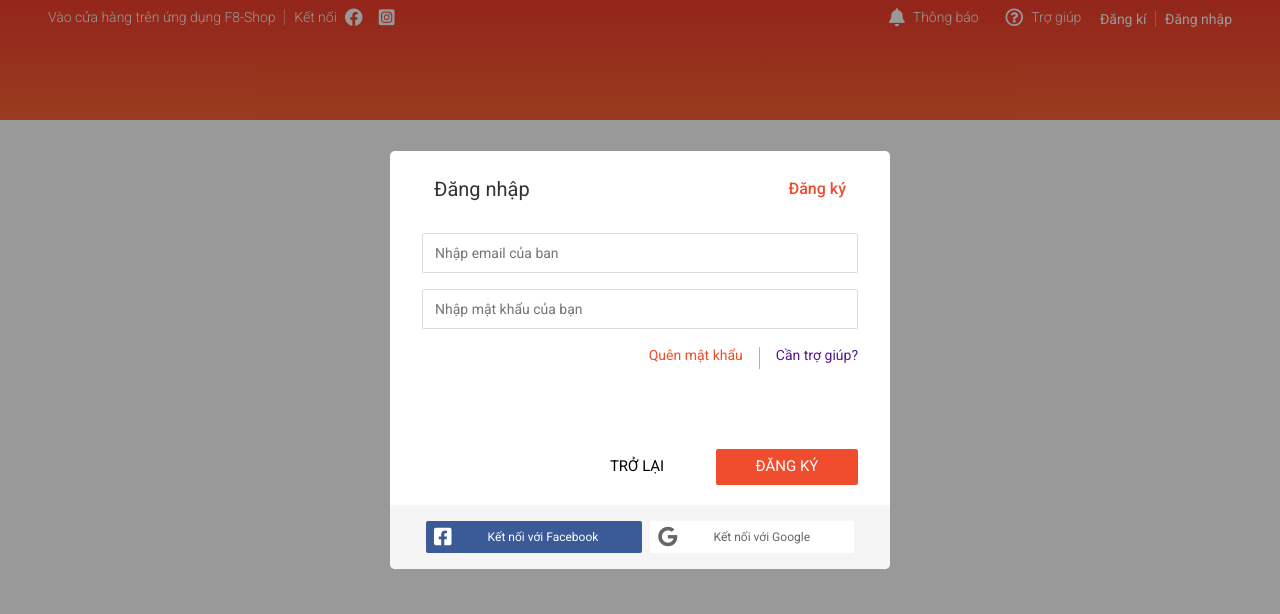
Repository: Phunobita/F8-shop
Page: index.html
An editor plug-in stored every save of this project. The page is shown before and after the next save, followed by the edit.
The browser window is 1280 px wide. The pictures show the whole page.

Above is the page before, as saved 2021-11-24 20:51:01.

### index.html
<!DOCTYPE html>
<html lang="en">

<head>
    <meta charset="UTF-8">
    <meta http-equiv="X-UA-Compatible" content="IE=edge">
    <meta name="viewport" content="width=device-width, initial-scale=1.0">
    <link rel="stylesheet" href="https://cdnjs.cloudflare.com/ajax/libs/normalize/8.0.1/normalize.min.css">
    <link rel="stylesheet" href="./assets/css/main.css">
    <link rel="stylesheet" href="./assets/css/base.css">
    <link rel="stylesheet" href="./assets/fonts/fontawesome-free-5.15.4/css/all.min.css">
    <link href="https://fonts.googleapis.com/css2?family=Roboto:wght@300;400;500;700&display=swap" rel="stylesheet">
    <title>F8_Shop</title>
</head>

<body>
    <div class="app">
        <header class="header">
            <div class="grid">
                <nav class="header_navbar">
                    <ul class="header_navbar-list">
                        <li class="header_navbar-item header_navbar-item--has-qr header_navbar-item-separate">
                            Vào cửa hàng trên ứng dụng
                            F8-Shop

                            <!--Header QR-->
                            <div class="header_qr">
                                <img src="./assets/img/QR Code.png" alt="QR_Code" class="header_qr-img">
                                <div class="header_qr-apps">
                                    <a href="" class="header_qr-link">
                                        <img src="./assets/img/ggplay.png" alt="ggplay" class="header_qr-doawload-img">
                                    </a>
                                    <a href="" class="header_qr-link">
                                        <img src="./assets/img/appstore.png" alt="aapstore"
                                            class="header_qr-doawload-img">
                                    </a>
                                </div>
                            </div>
                        </li>
                        <li class="header_navbar-item">
                            <span class="header_navbar-item-title--no-pointer">Kết
                                nối</span>
                            <a href="" class="header_navbar-icon-link">
                                <i class="header_navbar_icon fab fa-facebook"></i>
                                <a href="" class="header_navbar-icon-link">
                                    <i class="header_navbar_icon fab fa-instagram-square"></i>
                                </a>
                        </li>
                    </ul>

                    <ul class="header_navbar-list">
                        <li class="header_navbar-item header_navbar-item--has-notify">
                            <a href="" class="header_navbar-item-link">
                                <i class="header_navbar_icon fas fa-bell"></i>
                                Thông báo
                            </a>

                            <!--Header Notify-->
                            <div class="header_notify">
                                <header class="header_notify-header">
                                    <h3>Thông báo mới nhận
                                    </h3>
                                </header>
                                <ul class="header_notify-list">
                                    <li class="header_notify-item header_notify-item--viewed">
                                        <a href="" class="header_notify-link">
                                            <img src="https://img.abaha.vn/photos/origin/83-1586781803-myphamohui-lgvina.png"
                                                alt="" class="header_notify-img">
                                            <div class="header_notify-info">
                                                <span class="header_notify-name">Set
                                                    kem mắt
                                                    tái sinh
                                                    Ohui The
                                                    First
                                                    Geniture
                                                    Eye
                                                    Cream
                                                    Edition
                                                    Grand
                                                    Blue</span>
                                                <span class="header_notify-description">The
                                                    First
                                                    Geniture
                                                    Eye
                                                    Cream
                                                    Edition
                                                    Grand
                                                    Blue –
                                                    Biểu
                                                    tượng
                                                    của tình
                                                    yêu vĩnh
                                                    cửu</span>
                                            </div>
                                        </a>
                                    </li>
                                    <li class="header_notify-item ">
                                        <a href="" class="header_notify-link">
                                            <img src="https://img.abaha.vn/photos/origin/83-1586781803-myphamohui-lgvina.png"
                                                alt="" class="header_notify-img">
                                            <div class="header_notify-info">
                                                <span class="header_notify-name">Set
                                                    kem mắt
                                                    tái sinh
                                                    Ohui The
                                                    First
                                                    Geniture
                                                    Eye
                                                    Cream
                                                    Edition
                                                    Grand
                                                    Blue</span>
                                                <span class="header_notify-description">The
                                                    First
                                                    Geniture
                                                    Eye
                                                    Cream
                                                    Edition
                                                    Grand
                                                    Blue –
                                                    Biểu
                                                    tượng
                                                    của tình
                                                    yêu vĩnh
                                                    cửu</span>
                                            </div>
                                        </a>
                                    </li>
                                    <li class="header_notify-item header_notify-item--viewed">
                                        <a href="" class="header_notify-link">
                                            <img src="https://img.abaha.vn/photos/origin/83-1586781803-myphamohui-lgvina.png"
                                                alt="" class="header_notify-img">
                                            <div class="header_notify-info">
                                                <span class="header_notify-name">Set
                                                    kem mắt
                                                    tái sinh
                                                    Ohui The
                                                    First
                                                    Geniture
                                                    Eye
                                                    Cream
                                                    Edition
                                                    Grand
                                                    Blue</span>
                                                <span class="header_notify-description">The
                                                    First
                                                    Geniture
                                                    Eye
                                                    Cream
                                                    Edition
                                                    Grand
                                                    Blue –
                                                    Biểu
                                                    tượng
                                                    của tình
                                                    yêu vĩnh
                                                    cửu</span>
                                            </div>
                                        </a>
                                    </li>
                                </ul>
                                <footer class="header_notify-footer">
                                    <a href="" class="header_notify-footer-btn">Xem
                                        tất cả</a>
                                </footer>
                            </div>
                        </li>
                        <li class="header_navbar-item">
                            <a href="" class="header_navbar-item-link">
                                <i class="header_navbar_icon far fa-question-circle"></i>
                                Trợ giúp</a>
                        </li>
                        <li class="header_navbar-item header_navbar-item--strong header_navbar-item-separate">
                            Đăng kí</li>
                        <li class="header_navbar-item header_navbar-item--strong">
                            Đăng nhập</li>
                    </ul>
                </nav>
            </div>

        </header>

        <!--Container-->
        <div class="container">

        </div>

        <!--Footer-->
        <footer class="footer">

        </footer>
    </div>

    <!--Login and resgister-->
    <div class="modal">
        <div class="modal__overlay"></div>
        <div class="modal__body">
            <!--Resgister form-->
            <!-- <div class="auth-form">
                <div class="auth-form__container">
                    <div class="auth-form__header">
                        <h3 class="auth-form__heading">Đăng ký</h3>
                        <span class="auth-form__switch-btn">Đăng nhập</span>
                    </div>
                    <div class="auth-form__form">
                        <div class="auth-form__group">
                            <input type="text" class="auth-form__input" placeholder="Nhập email của ban">
                        </div>

                        <div class="auth-form__group">
                            <input type="password" class="auth-form__input" placeholder="Nhập mật khẩu của bạn">
                        </div>
                        <div class="auth-form__group">
                            <input type="text" class="auth-form__input" placeholder="Nhập lại mật khẩu của ban">
                        </div>
                    </div>

                    <div class="auth-form__aside">
                        <p class="auth-form__policy-text">
                            Bằng việc đăng kí, bạn đã đồng ý với Shopee về
                            <a href="" class="auth-form__text-link">Điểu khoản và dịch vụ</a> &
                            <a href="" class="auth-form__text-link">Chính sách và bảo mật</a>
                        </p>
                    </div>

                    <div class="auth-form__controls">
                        <button class="btn btn-normal auth-form__controls-back">TRỞ LẠI</button>
                        <button class="btn btn--primary">ĐĂNG KÝ</button>
                    </div>
                </div>

                <div class="auth-form__socials">
                    <a href="" class="auth-form__socials--facebook btn btn-size-s btn--with-icon">
                        <i class="auth-form__socials-icon fab fa-facebook-square"></i>
                        <div class="auth-form__socials-title">
                            Kết nối với Facebook
                        </div>
                    </a>
                    <a href="" class="auth-form__socials--google btn btn-size-s btn--with-icon">
                        <i class="auth-form__socials-icon fab fa-google"></i>
                        <div class="auth-form__socials-title">
                            Kết nối với Google
                        </div>
                    </a>
                </div>

            </div>-->


            <!--Login form-->
            <div class="auth-form">
                <div class="auth-form__container">
                    <div class="auth-form__header">
                        <h3 class="auth-form__heading">Đăng nhập</h3>
                        <span class="auth-form__switch-btn">Đăng ký</span>
                    </div>

                    <div class="auth-form__form">
                        <div class="auth-form__group">
                            <input type="text" class="auth-form__input" placeholder="Nhập email của ban">
                        </div>

                        <div class="auth-form__group">
                            <input type="password" class="auth-form__input" placeholder="Nhập mật khẩu của bạn">
                        </div>
                    </div>

                    <div class="auth-form__aside">
                        <div class="auth-form__help">
                            <a href="" class="auth-form__help-link auth-form__help-forgot">Quên mật khẩu</a>
                            <div class="auth-form__help-sperate"></div>
                            <a href="" class="auth-form__help-link">Cần trợ giúp?</a>
                        </div>
                    </div>

                    <div class="auth-form__controls">
                        <button class="btn btn-normal auth-form__controls-back">TRỞ LẠI</button>
                        <button class="btn btn--primary">ĐĂNG KÝ</button>
                    </div>
                </div>

                <div class="auth-form__socials">
                    <a href="" class="auth-form__socials--facebook btn btn-size-s btn--with-icon">
                        <i class="auth-form__socials-icon fab fa-facebook-square"></i>
                        <div class="auth-form__socials-title">
                            Kết nối với Facebook
                        </div>
                    </a>
                    <a href="" class="auth-form__socials--google btn btn-size-s btn--with-icon">
                        <i class="auth-form__socials-icon fab fa-google"></i>
                        <div class="auth-form__socials-title">
                            Kết nối với Google
                        </div>
                    </a>
                </div>

            </div>

        </div>
    </div>
</body>
</htm

### assets/css/main.css
.header {
  height: 120px;
  background-image: linear-gradient(0, #fe6433, #f53e2d);
}
.header_navbar {
  display: flex;
  justify-content: space-between;
}
.header_navbar-list {
  list-style: none;
  padding-left: 0;
  margin-top: 4px;
}

.header_navbar-item {
  margin: 0 8px;
  position: relative;
  min-height: 26px;
}
.header_navbar-item--has-qr:hover .header_qr {
  display: block;
}
.header_navbar-item--has-notify:hover .header_notify {
  display: block;
}
.header_navbar-item,
.header_navbar-item-link {
  display: inline-block;
  font-size: 1.4rem;
  text-decoration: none;
  color: var(--white-color);
  font-weight: 300;
}

.header_navbar-item,
.header_navbar-item-link,
.header_navbar-icon-link {
  display: inline-flex;
  align-items: center;
}
.header_navbar-item:hover,
.header_navbar-item-link:hover,
.header_navbar-icon-link:hover {
  cursor: pointer;
  color: rgba(255, 255, 255, 0.7);
}
.header_navbar-item--strong {
  font-weight: 400;
}
.header_navbar-item-separate::after {
  content: "";
  display: block;
  position: absolute;
  height: 16px;
  border-left: 1px solid #fd9086;
  right: -9px;
  top: 0;
  top: 50%;
  transform: translateY(-50%);
}

.header_navbar-icon-link {
  color: var(--white-color);
  text-decoration: none;
}

.header_navbar_icon {
  font-size: 1.8rem;
  margin: 0 8px;
}
.header_navbar-item-title--no-pointer {
  cursor: text;
  color: var(--white-color);
}

/*Header QR*/
.header_qr {
  background-color: var(--white-color);
  width: 186px;
  position: absolute;
  left: 0;
  top: 118%;
  padding: 8px;
  border-radius: 2px;
  display: none;
  animation: fadeIn ease-in 0.3s;
}
.header_qr::before {
  content: "";
  position: absolute;
  left: 0;
  top: -16px;
  width: 100%;
  height: 20px;
  display: block;
}
.header_qr-img {
  width: 100%;
}
.header_qr-apps {
  display: flex;
  justify-content: space-between;
}
.header_qr-link:nth-child(1) {
  margin-left: 11px;
}
.header_qr-link:nth-child(2) {
  margin-right: 11px;
}
.header_qr-doawload-img {
  height: 16px;
}

/*Header Notify*/
.header_notify {
  position: absolute;
  top: 118%;
  right: 0;
  width: 404px;
  border: 1px solid #d3d3d3;
  background-color: var(--white-color);
  cursor: text;
  user-select: none;
  transform-origin: calc(100%-20px) top;
  will-change: opacity transform;
  animation: headerNotifyGrow ease-in 0.2s;
  border-radius: 2px;
  display: none;
}
.header_notify::before {
  content: "";
  border-width: 20px 26px;
  border-style: solid;
  border-color: transparent transparent var(--white-color) transparent;
  position: absolute;
  top: -29px;
  right: 4px;
}
.header_notify::after {
  content: "";
  position: absolute;
  display: block;
  width: 90px;
  height: 20px;
  right: 0;
  top: -10px;
}
@keyframes headerNotifyGrow {
  from {
    opacity: 0;
    transform: scale(0);
  }
  to {
    opacity: 1;
    transform: scale(1);
  }
}
.header_notify-header {
  height: 40px;
  background-color: var(--white-color);
}
.header_notify-header h3 {
  color: #999;
  margin: 0 0 0 12px;
  font-weight: 400;
  font-size: 1.4rem;
  line-height: 40px;
}
.header_notify-list {
  padding-left: 0;
}
.header_notify-item {
  display: flex;
}
.header_notify-item:hover {
  background-color: #f7f7f7;
}
.header_notify-item--viewed {
  background-color: rgba(239, 77, 45, 0.08);
}

.header_notify-link {
  display: flex;
  padding: 12px 12px;
  width: 100%;
  text-decoration: none;
}
.header_notify-img {
  width: 48px;
  object-fit: contain;
}
.header_notify-info {
  margin-left: 12px;
}
.header_notify-name {
  display: block;
  line-height: 1.8rem;
  font-size: 1.4rem;
  color: var(--back-color);
  font-weight: 400;
}
.header_notify-description {
  display: block;
  line-height: 1.4rem;
  font-size: 1.2rem;
  color: #756f6e;
  margin-top: 4px;
}

.header_notify-footer {
  display: flex;
}
.header_notify-footer-btn {
  text-decoration: none;
  padding: 8px 48px;
  color: var(--text-color);
  margin: auto;
  font-size: 1.4rem;
  font-weight: 400;
}

/* Form login */
.auth-form {
  width: 500px;
  border-radius: 5px;
  overflow: hidden;
  background-color: var(--white-color);
}

.auth-form__container {
  padding: 0 32px;
}
.auth-form__header {
  display: flex;
  align-items: center;
  justify-content: space-between;
  padding: 0 12px;
  margin-top: 10px;
}
.auth-form__heading {
  font-size: 2rem;
  font-weight: 400;
  color: var(--text-color);
}
.auth-form__switch-btn {
  font-size: 1.6rem;
  color: var(--primary-color);
  font-weight: 500;
  cursor: pointer;
}
.auth-form__form {
}
.auth-form__input {
  height: 40px;
  width: 100%;
  margin-top: 16px;
  padding: 0 12px;
  font-size: 1.4rem;
  border: 1px solid var(--border-color);
  border-radius: 2px;
  outline: none;
}
.auth-form__input:focus {
  border-color: #888;
}
.auth-form__aside {
  margin-top: 18px;
}
.auth-form__policy-text {
  font-size: 1.2rem;
  line-height: 1.8rem;
  text-align: center;
}
.auth-form__text-link {
  color: var(--primary-color);
  text-decoration: none;
}
.auth-form__controls {
  margin-top: 80px;
  display: flex;
  justify-content: flex-end;
}
.auth-form__controls-back {
  margin-right: 8px;
  background-color: var(--white-color);
}
.auth-form__socials {
  background-color: #f5f5f5;
  padding: 16px 36px;
  display: flex;
  justify-content: space-between;
  margin-top: 20px;
}
.auth-form__socials-icon {
  font-size: 2rem;
}
.auth-form__socials--facebook {
  color: var(--white-color);
  background-color: #3a5a98;
}
.auth-form__socials--facebook.auth-form__socials-icon {
  color: var(--white-color);
}
.auth-form__socials-title {
  margin: 0 36px;
}
.auth-form__socials--google {
  color: #666;
  background-color: var(--white-color);
}
.auth-form__help {
  display: flex;
  justify-content: flex-end;
}
.auth-form__help-link {
  font-size: 1.4rem;
  text-decoration: none;
}
.auth-form__help-forgot {
  color: var(--primary-color);
}
.auth-form__help-sperate {
  display: block;
  height: 22px;
  border-left: 1px solid rgb(181, 176, 176);
  margin: 0 16px;
}

### assets/css/base.css
:root {
  --primary-color: #ef4d2d;
  --white-color: #fff;
  --back-color: #000;
  --text-color: #333;
  --border-color: #dbdbdb;
}
* {
  box-sizing: inherit;
}
html {
  /*Hack*/
  font-size: 62.5%;
  line-height: 1.6rem;
  font-family: "Roboto", sans-serif;
  box-sizing: border-box;
}
.grid {
  width: 1200px;
  max-width: 100%;
  margin: 0 auto;
}

.grid_full_width {
  width: 100%;
}

.grid_row {
  display: flex;
  flex-wrap: wrap;
}

/*Animation*/
@keyframes fadeIn {
  from {
    opacity: 0;
  }
  to {
    opacity: 1;
  }
}

/* Modal layout */
.modal {
  position: fixed;
  top: 0;
  right: 0;
  bottom: 0;
  left: 0;
  display: flex;
}
.modal__overlay {
  position: absolute;
  width: 100%;
  height: 100%;
  background-color: rgba(0, 0, 0, 0.4);
}
.modal__body {
  position: relative;
  margin: auto;
  z-index: 1;
}
.modal__inner {
}

.btn {
  min-width: 142px;
  height: 36px;
  text-decoration: none;
  border: none;
  border-radius: 2px;
  font-size: 1.5rem;
  padding: 0 12px;
  outline: none;
  cursor: pointer;
  display: flex;
  align-items: center;
  justify-content: center;
}
.btn.btn-normal:hover {
  background-color: rgba(0, 0, 0, 0.05);
}
.btn-size-s {
  height: 32px;
  font-size: 1.2rem;
  padding: 0 8px;
}
.btn.btn--primary {
  color: var(--white-color);
  background-color: var(--primary-color);
}
.btn.btn--disable {
  color: #949494;
  cursor: default;
  background-color: #999;
}

Loaded but not shown: assets/fonts/fontawesome-free-5.15.4/css/all.min.css (library)

After the next save:
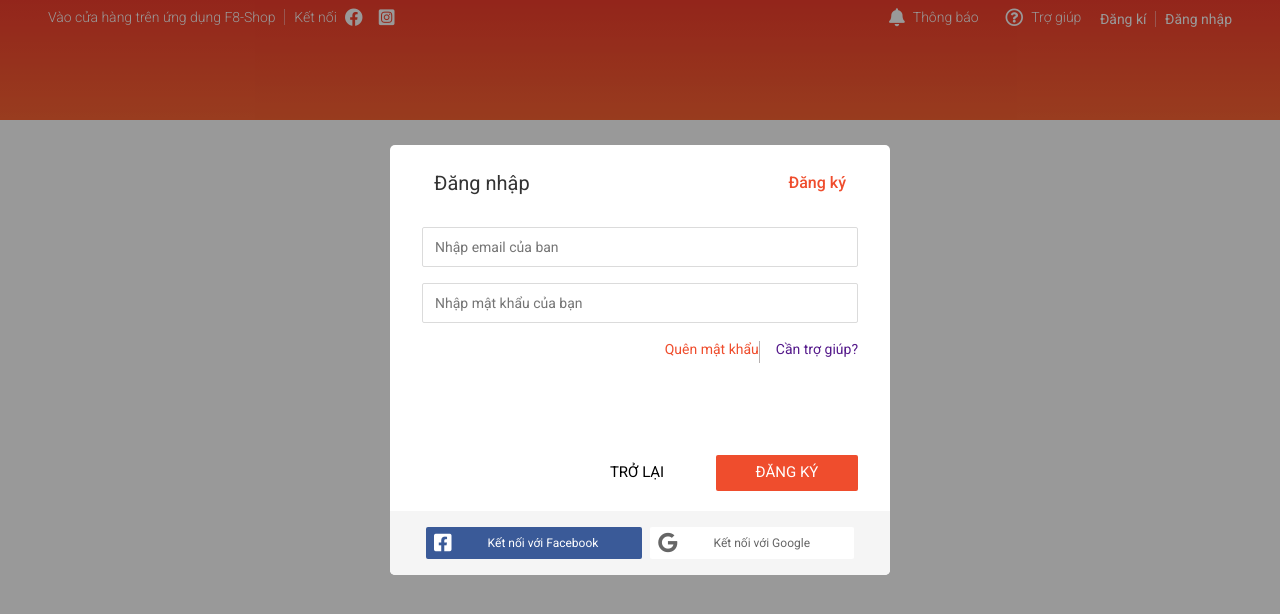
Saved 31 s later.
--- a/assets/css/main.css
+++ b/assets/css/main.css
@@ -323,5 +323,5 @@
   display: block;
   height: 22px;
   border-left: 1px solid rgb(181, 176, 176);
-  margin: 0 16px;
-}
+  margin: 0 16px 12px 0;
+}
